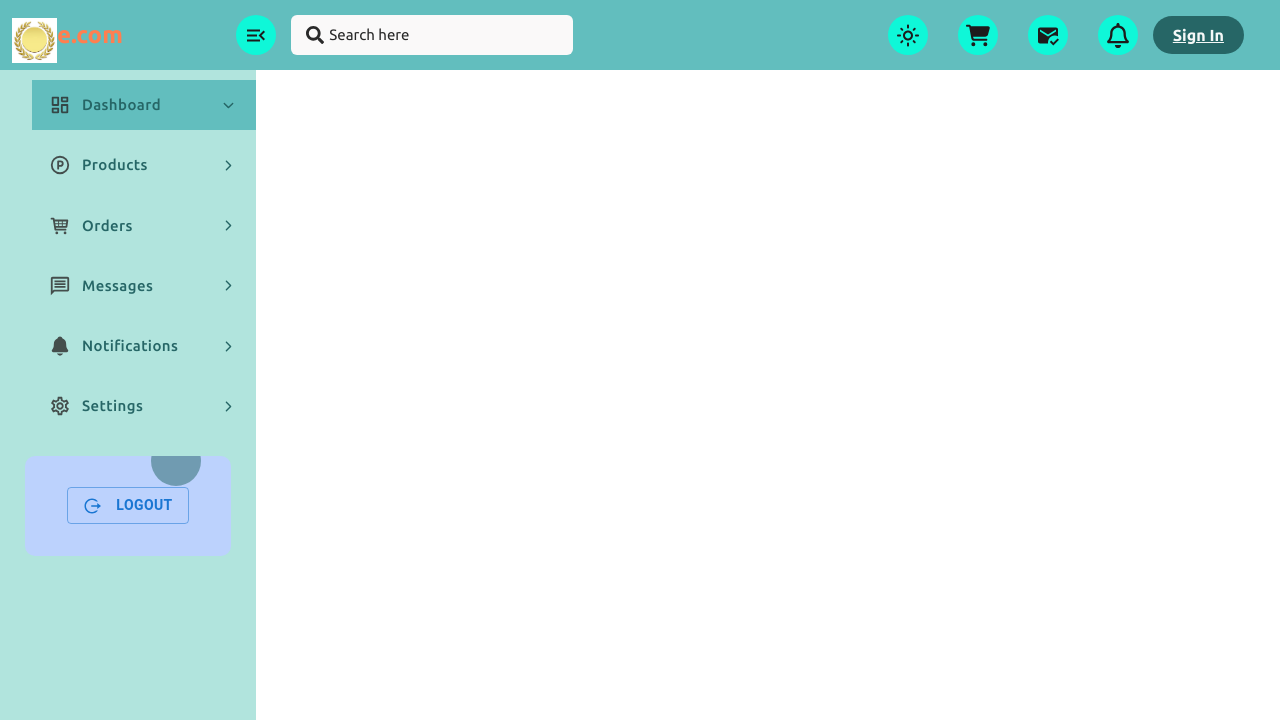
Repository: gautamsonam011/admin-react-dashboard
Page: /signup
The author's editor kept a copy of each file at every save. The page is drawn from the files as they stood at one save, then again after the next save.
The browser window is 1280 px wide. The pictures show the whole page.
The project was rebuilt for these pictures with package versions that can differ from the ones it lists, and the page was loaded fresh each time. Also part of the build but not shown: src/components/DashboardBox.jsx, src/pages/Dashboard/Dashboard.jsx, src/pages/Login/index.jsx.

Above is the page before, as saved 2025-04-26 21:20:34.

### src/App.css
@import url('https://fonts.googleapis.com/css2?family=Ubuntu:ital,wght@0,300;0,400;0,500;0,700;1,300;1,400;1,500;1,700&display=swap');

body{
  font-family: "Ubuntu", sans-serif !important;
  background-color: #f4f8f7;

}

header{
  width:100%;
  height: 70px;
  background-color:#62bebe;
  position: fixed;
  top:0px;
  left:0px;
  z-index: 1000;
}
header .logo{
  text-decoration: none;
}
header .logo img{
  margin-top: 10px;
  width:45px;

}

header .logo span{
color: coral;
font-weight: bolder;
font-size: 24px;
}
header button.rounded-circle{min-width:40px !important; width:40px !important; height: 40px !important; background-color:#0ff7d8 !important; margin: 15px;}
header button.rounded-circle svg{color:rgb(29, 27, 27); font-size: 25px !important; transition: all 0.2s ease-in-out;}
header button.rounded-circle:hover svg{color: #2585d4 !important;}
.searchBox{width:400px; height: 40px; background-color:#faf9f9; border-radius: 6px;padding: 3px 15px;}
.searchBox input{background: transparent;border:0px; outline:none; padding-left: 5px; font-size: 15px; color:#292929}
.searchBox input::-webkit-input-placeholder{color:#292929}
.searchBox svg{font-size: 18px; color:#292929 ;}

.userImg{display: flex; align-items:center; justify-content: center; overflow: hidden; width:40px; height: 40px; border:1px solid #0ff7d8; padding: 2px; border-radius: 100%;}
.userImg .rounded-circle{display: flex; align-items:center; justify-content: center; overflow: hidden; width: 40px; height: 40px; cursor: pointer; position: relative;}
.userImg .rounded-circle .img{object-fit: cover; width: 100%;}
.userInfo{padding-left: 10px;}
.userInfo h5{font-size: 15px; font-weight: 600; margin-bottom:0px; color: #266666;}

#account-menu li{font-size: 14px !important;}
#account-menu li svg{font-size: 20px !important}

.dropdown-info{padding-left: 6px;}
.dropdown-info h4{font-size: 15px; font-weight:600;margin-top: 2px; white-space: break-space; line-height: 21px;}
.dropdown-info p{font-size: 10px; color: #2585d4;}


/* Style for sidebar  */

.main .sidebarWrapper{width: 20%; flex: 0 0 20%; transition: all 0.3s ease-in-out;}
.main .sidebarWrapper.toggle{width: 0%; flex: 0 0 0%;}
.btn-signin{padding: 7px 20px !important; background:#266666 !important; color: #f4f8f7 !important; font-weight: bold !important; border-radius:20px !important;}
.main .sidebarWrapper .sidebar{width:20%; height: 100vh; max-height: calc(100%-70px); position:fixed; top: 70px; left:0px; background:#b1e4dd; overflow-y: scroll; overflow-x: hidden; padding-bottom: 40px; transition: all 0.3s ease-in-out;}
.main .sidebarWrapper.toggle .sidebar{left:-100%;}

.main .sidebarWrapper .sidebar::-webkit-scrollbar-thumb{background: transparent !important; width:3px;}
.main .sidebarWrapper:hover .sidebar::-webkit-scrollbar{ background:#2585d4; width:3px;}
.main .sidebarWrapper .sidebar ul{margin-bottom:0px;}
.main .sidebarWrapper .sidebar ul li{list-style: none; margin-top:10px;}
.main .sidebarWrapper .sidebar ul li button{color:#266666; text-align: left; justify-content: left; border-radius:0px !important; padding: 12px 15px !important;
  align-items: center; text-transform: capitalize !important;font-family: "Ubuntu", sans-serif !important;
  margin-left: 0px; font-size: 15px !important;
}
.main .sidebarWrapper .sidebar ul li button .icon{display: flex; align-items:center; justify-content: center; width:25px; height:25px; margin-right: 10px;}
.main .sidebarWrapper .sidebar ul li button .icon svg{color:#292929; opacity: 0.8; font-size: 22px;}
.main .sidebarWrapper .sidebar ul li button .arrow{margin-left: auto; display: flex; align-items: center; justify-content: center; width: 25px; transition: all 0.3s ease-in-out}
.main .sidebarWrapper .sidebar ul li button:hover{background:#62bebe !important;}
.main .sidebarWrapper .sidebar ul li button.active{background: #62bebe !important;}
.main .sidebarWrapper .sidebar ul li button.active .arrow{transform: rotate(90deg);}

.main .sidebarWrapper .sidebar ul .submenu{padding: 0px 45px; position:relative; height:auto;}
.main .sidebarWrapper .sidebar ul .submenu::before{content:''; width:1px; height: 95%; position: absolute; top:0px; left:25px; background:rgba(0, 0, 0, 0.1);}
.main .sidebarWrapper .sidebar ul .submenu li{width:100%; list-style: none;}
.main .sidebarWrapper .sidebar ul .submenu li a{color:#266666 !important; text-decoration: none; font-family: "Ubuntu", sans-serif !important;
display: block; padding: 6px 0px; font-size: 14px !important; font-weight: 500; transition:all 0.3s}
.main .sidebarWrapper .sidebar ul .submenu li a:hover{color:#2585d4 !important;}

.main .sidebarWrapper .sidebar ul .submenuWrapper{transition:all 0.3s ease-in-out; height: 0px; overflow: hidden; }
.main .sidebarWrapper .sidebar ul .submenuWrapper.colapsed .submenu{opacity:0;}

.main .sidebarWrapper .sidebar ul .submenuWrapper.colapse{height:auto; overflow: inherit;}
.main .sidebarWrapper .sidebar ul .submenuWrapper.colapse .submenu{opacity:1; height:auto;}

.logoutWrapper{padding: 0px 25px;}
.logoutWrapper .logoutBox{width:100%; height:100px; padding: 25px; background:#bcd2fd; border-radius:10px; margin-bottom:20px; display:flex; align-items: center; justify-content: center;
position:relative; overflow:hidden;}
.logoutWrapper .logoutBox::before{content:''; width:50px; height:50px; background:#266666; border-radius: 100%; position:absolute; top: -20px; right: 30px; opacity:0.5}
.logoutWrapper .logoutBox::after{content:''; width:30px; height:30px; background:#266666; border-radius: 100%; position:absolute; top: -30px; left: 30px; opacity:0.5}
.logoutWrapper .logoutBox button{font-size:14px !important; font-weight: 600 !important; }
.logoutWrapper .logoutBox button svg{margin-right: 15px; font-size:18px;}

.main .content{width:80%; flex: 0 0 80%; transition: all 0.3s ease-in-out;}
.main .content.toggle{width:100%; flex: 0 0 100%;}

.dashboardBoxWrapperRow{margin-left: 20%;}
.right-content{padding: 90px 30px;}
.dashboardBoxWrapper{gap: 15px; width:100%; flex-wrap: wrap;}
.dashboardBoxWrapper .dashboardBox{width:48%; height: 170px; border-radius:10px; overflow: hidden; padding:20px; display: flex; flex-direction: column; justify-content: space-around; text-align: left !important; justify-content: flex-start;}
.dashboardBoxWrapperRow .box{width:100%; height: 100%; background:#0ff7d8;}

.dashboardBoxWrapper .dashboardBox .col1 h4{font-size: 20px; font-weight: 600;}
.dashboardBoxWrapper .dashboardBox .col1 span{font-size: 40px; font-weight: bold;}
.dashboardBoxWrapper .dashboardBox .icon { margin-left: 180px; display: flex; align-items:center; justify-content: center; width:45px; height: 45px; border-radius:5px; background-image: linear-gradient(to bottom right, rgba(0, 0, 0, 0), rgba(0, 0, 0, 0.2));}
.dashboardBoxWrapper .dashboardBox .icon svg{font-size: 45px; opacity: 0.1; color:#f4f8f7}

.dashboardBoxWrapper .dashboardBox button.toggleIcon {font-size: 22px; color:rgba(0,0,0,0.5); cursor: pointer; min-width: 40px !important; width: 40px !important; height: 40px !important; border-radius: 50% !important; margin-left: 170px; border-right: none; opacity: 0.3;}

.dashboardBoxWrapperRow .dashboardBoxWrapper .dashboardBox .chart{position:absolute; opacity: 0.1;}
.dashboardBoxWrapperRow .dashboardBoxWrapper .dashboardBox .chart svg{font-size: 150px; color: #000;}

/*  style for Login page */

.loginSection{
  width: 100%; height: 120hv; padding: 35px 25px;
  background:#f4f8f7; position: relative;
}
.loginbgimage{width:100%; height: 100%; opacity: 0.4; position: fixed; top: 0; left: 0; z-index: 99; pointer-events: none;}
.loginSection .loginBox{width: 400px; height: auto; margin: auto;}
.loginSection .loginBox .wrapper{width:100%; height: auto; background: #157a7a;}
.full{max-width: 100% !important; flex: 0 0 100% !important; width: 100% !important;}
.loginSection .loginBox .wrapper .form-control{box-shadow: none !important; outline: none !important; padding-left: 40px;}
.loginSection .loginBox .wrapper .form-control:focus{border: 1px solid #0858f7 !important;}
.loginSection .loginBox .wrapper .form-group .icon{position: absolute; top: 6px; left: 15px; z-index: 100;}
.loginSection .loginBox .wrapper .form-group.focus .icon svg{color:#0858f7 !important;}
.loginSection .loginBox .wrapper .form-group .icon svg{color:#5e5d72;}
.toggleShowPassword{position: absolute; top: 5px; right: 10px; cursor: pointer;}
.toggleShowPassword svg{font-size: 22px;}
.btn-big{padding: 8px 25px !important; background:#0858f7 !important; color:#b1e4dd !important; font-size: 16px !important;}
.forgotPassword{color: #5e5d72; text-decoration: none;}
.forgotPassword:hover{color:#0858f7 !important;}
.loginSection .loginBox .wrapper .link{font-size: 14px;}
.loginSection .loginBox .wrapper .or span.line{display: block; width: 35%; height: 1px; background: rgba(0, 0, 0, 0.2);}
.loginSection .loginBox .wrapper .or span.txt{display: flex; align-items: center; justify-content: center; font-size: 16px; font-weight: 600; width: 50px; height: 50px; border: 1px solid rgba(0, 0, 0, 0.2); border-radius: 50%;}
.loginSection .loginBox .wrapper .form-group{margin-bottom: 12px;}
.loginwithGoogle{text-transform: capitalize !important; font-weight: bold !important;}
/* Registration Form */

### src/components/Sidebar/index.jsx
import Button from '@mui/material/Button';
import { RiDashboardLine } from "react-icons/ri";
import { IoIosArrowForward } from "react-icons/io";
import { TbBrandProducthunt } from "react-icons/tb";
import { TiShoppingCart } from "react-icons/ti";
import { MdOutlineMessage } from "react-icons/md";
import { IoNotifications } from "react-icons/io5";
import { MdOutlineSettings } from "react-icons/md";
import { Link } from 'react-router-dom';
import React, { useState} from "react";
import { RiLogoutCircleRLine } from "react-icons/ri";
// import { MyContext } from '../../App';

const Sidebar = () =>{
    const [activeTab, setActiveTab] = useState(0);
    const [isToggleSubmenu, setIsToggleSubmenu] = useState(false);

    // const context = useContext(MyContext);

    const isOpenSubmenu = (index) =>{
        setActiveTab(index);
        setIsToggleSubmenu(!isToggleSubmenu);


    }

    return(
        <div className="sidebar">
            <ul>
                <li>
                    <Link to="/">
                    <Button className={`w-100 ${activeTab === 0 ? 'active' : ''}`} onClick={()=>isOpenSubmenu(0)}>
                        <span className='icon'><RiDashboardLine/></span>
                        Dashboard
                        <span className="arrow"><IoIosArrowForward/></span>
                    </Button>
                    </Link>
                </li>
                <li>
                    <Button className={`w-100 ${activeTab === 1 && isToggleSubmenu===true ?  'active' : ''}`} onClick={()=>isOpenSubmenu(1)}>
                        <span className='icon'><TbBrandProducthunt/></span>
                        Products
                        <span className="arrow"><IoIosArrowForward/></span>
                    </Button>
                    <div className={`submenuWrapper ${activeTab===1 && isToggleSubmenu===true ? 'colapse':'colapsed'}`}>
                    <ul className='submenu'>
                        <li><Link to="#">Product Add</Link></li>
                        <li><Link to="#">Product List</Link></li>
                        <li><Link to="#">Product View</Link></li>
                    </ul>
                    </div>
                </li>
                <li>
                    <Link to="/">
                    <Button className={`w-100 ${activeTab === 2 ? 'active' : ''}`} onClick={()=>isOpenSubmenu(2)}>
                        <span className='icon'><TiShoppingCart/></span>
                        Orders
                        <span className="arrow"><IoIosArrowForward/></span>
                    </Button>
                    </Link>
                </li>
                <li>
                    <Link to="/">
                    <Button className={`w-100 ${activeTab === 3 ? 'active' : ''}`} onClick={()=>isOpenSubmenu(3)}>
                        <span className='icon'><MdOutlineMessage/></span>
                        Messages
                        <span className="arrow"><IoIosArrowForward/></span>
                    </Button>
                    </Link>
                </li>
                <li>
                    <Link to="/">
                    <Button className={`w-100 ${activeTab === 4 ? 'active' : ''}`} onClick={()=>isOpenSubmenu(4)}>
                        <span className='icon'><IoNotifications/></span>
                        Notifications
                        <span className="arrow"><IoIosArrowForward/></span>
                    </Button>
                    </Link>
                </li>
                <li>
                    <Link to="/">
                    <Button className={`w-100 ${activeTab === 5 ? 'active' : ''}`} onClick={()=>isOpenSubmenu(5)}>
                        <span className='icon'><MdOutlineSettings /></span>
                        Settings
                        <span className="arrow"><IoIosArrowForward/></span>
                    </Button>
                    </Link>
                </li>
            </ul>
            <br/>
            <div className="logoutWrapper">
                <div className="logoutBox">
            <Button variant="outlined"> <RiLogoutCircleRLine/>Logout</Button>
            </div>
            </div>
        </div>
    )
}

export default Sidebar

### src/pages/SignUp/index.jsx
const SignUp = ()=>{

}

export default SignUp;

### src/components/SearchBox.jsx
import { FaSearch } from "react-icons/fa";

const SearchBox = () =>{
    return (
        <div className="searchBox position-relative d-flex align-items-center">
            <FaSearch className="mr-2" />
            <input type="text" placeholder="Search here"  />
        </div>
    )
}

export default SearchBox;

Loaded but not shown: public/index.html (common file); src/index.js (common file); src/reportWebVitals.js (common file); src/App.js (59 lines, source omitted); src/components/Header/index.jsx (239 lines, source omitted)

After the next save:
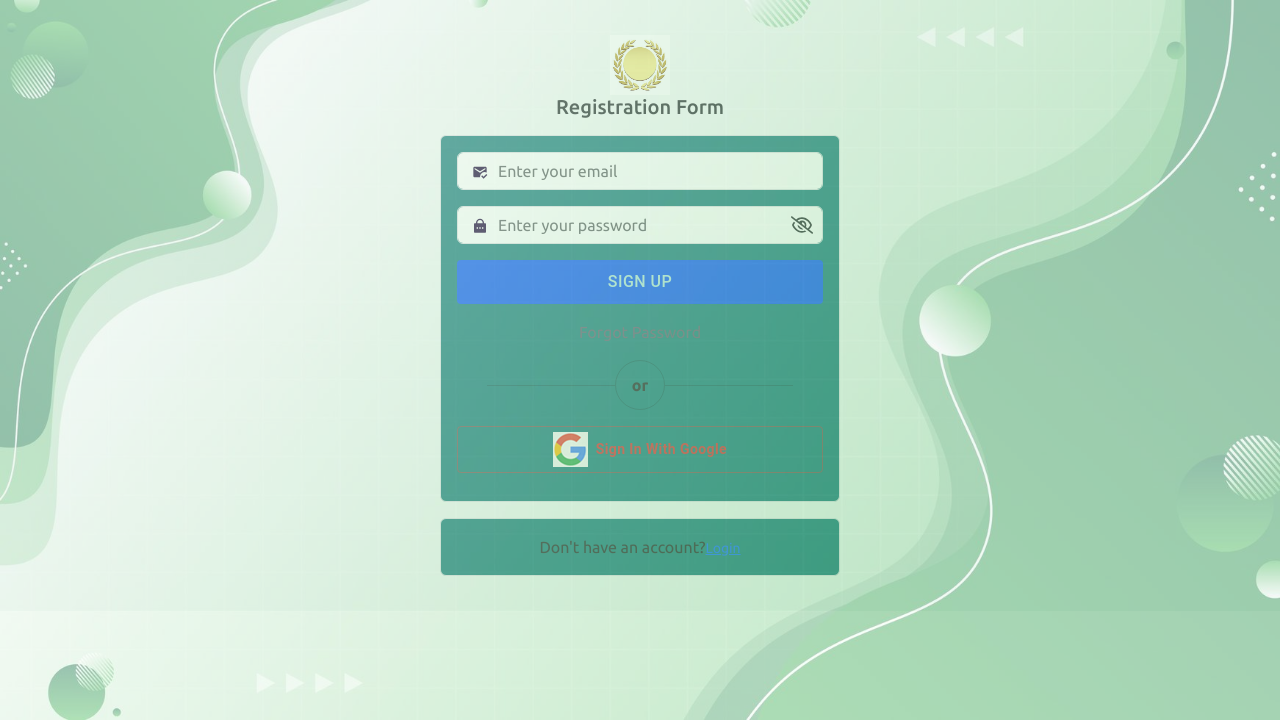
Saved 3 min 45 s later.
--- a/src/pages/SignUp/index.jsx
+++ b/src/pages/SignUp/index.jsx
@@ -1,5 +1,78 @@
-const SignUp = ()=>{
+import logo from '../../assests/images/logo.jpg';
+import bgImage from '../../assests/bg.jpg';
 
+import { MyContext } from '../../App';
+import { useContext, useEffect, useState } from 'react';
+import { MdMarkEmailRead } from "react-icons/md";
+import { RiLockPasswordFill } from "react-icons/ri";
+import { FaRegEyeSlash } from "react-icons/fa6";
+import { FaEye } from "react-icons/fa";
+import Button from '@mui/material/Button';
+import { Link } from 'react-router-dom';
+import google from "../../assests/images/google.png";
+
+const SignUp = () => {
+    const context = useContext(MyContext);
+    const [inputIndex, setInputIndex] = useState(null);
+    const [isShowPassword, setisShowPassword] = useState(false);
+    const focusInput = (index) => {
+        setInputIndex(index);
+    }
+
+    useEffect(() => {
+        context.setisHideSidebarHeader(true);
+    }, []);
+
+    return (
+        <>
+            <img src={bgImage} className='loginbgimage' alt="bgimage" />
+            <section className="loginSection">
+                <div className="loginBox">
+                    <div className="loginLogo text-center">
+                        <img src={logo} alt="Logo" width="60px" />
+                        <h5 className='font-weight-bold'>Registration Form</h5>
+                    </div>
+
+                    <div className='wrapper mt-3 card border p-3'>
+                        <form>
+                            <div className={`form-group mb-3 position-relative ${inputIndex === 0 && 'focus'}`}>
+                                <span className="icon"><MdMarkEmailRead /></span>
+                                <input type="email" className='form-control' placeholder='Enter your email' onFocus={() => focusInput(0)} onBlur={() => setInputIndex(null)} />
+                            </div>
+                            <div className={`form-group mb-3 position-relative ${inputIndex === 1 && 'focus'}`}>
+                                <span className="icon"><RiLockPasswordFill /></span>
+                                <input type={`${isShowPassword === true ? 'text' : 'password'}`} className='form-control' placeholder='Enter your password' onFocus={() => focusInput(1)} onBlur={() => setInputIndex(null)} />
+                                <span className="toggleShowPassword" onClick={() => setisShowPassword(!isShowPassword)}>
+                                    {
+                                        isShowPassword === true ? <FaEye /> : <FaRegEyeSlash />
+                                    }
+
+                                </span>
+                            </div>
+                            <div className='form-group'>
+                                <Button className="btn-lg w-100 btn-big">Sign Up</Button>
+                            </div>
+                            <div className='form-group text-center mt-3'>
+                                <Link to={'forgot-password'} className="forgotPassword">Forgot Password</Link>
+                                <div className='d-flex align-items-center justify-content-center or mt-3 mb-3'>
+                                    <span className='line'></span>
+                                    <span className='txt'>or</span>
+                                    <span className='line'></span>
+                                </div>
+
+                                <Button variant="outlined" color="error" className='w-100 btn-lg loginwithGoogle'><img src={google} /> &nbsp; Sign In with Google</Button>
+                            </div>
+                        </form>
+                    </div>
+                    <div className='wrapper mt-3 card border p-3 footer'>
+                        <span className='text-center'>
+                            Don't have an account?
+                            <Link to={'/login'} className='link color ml-2'>Login</Link>
+                        </span>
+                    </div>
+                </div>
+            </section>
+        </>
+    )
 }
-
 export default SignUp;
